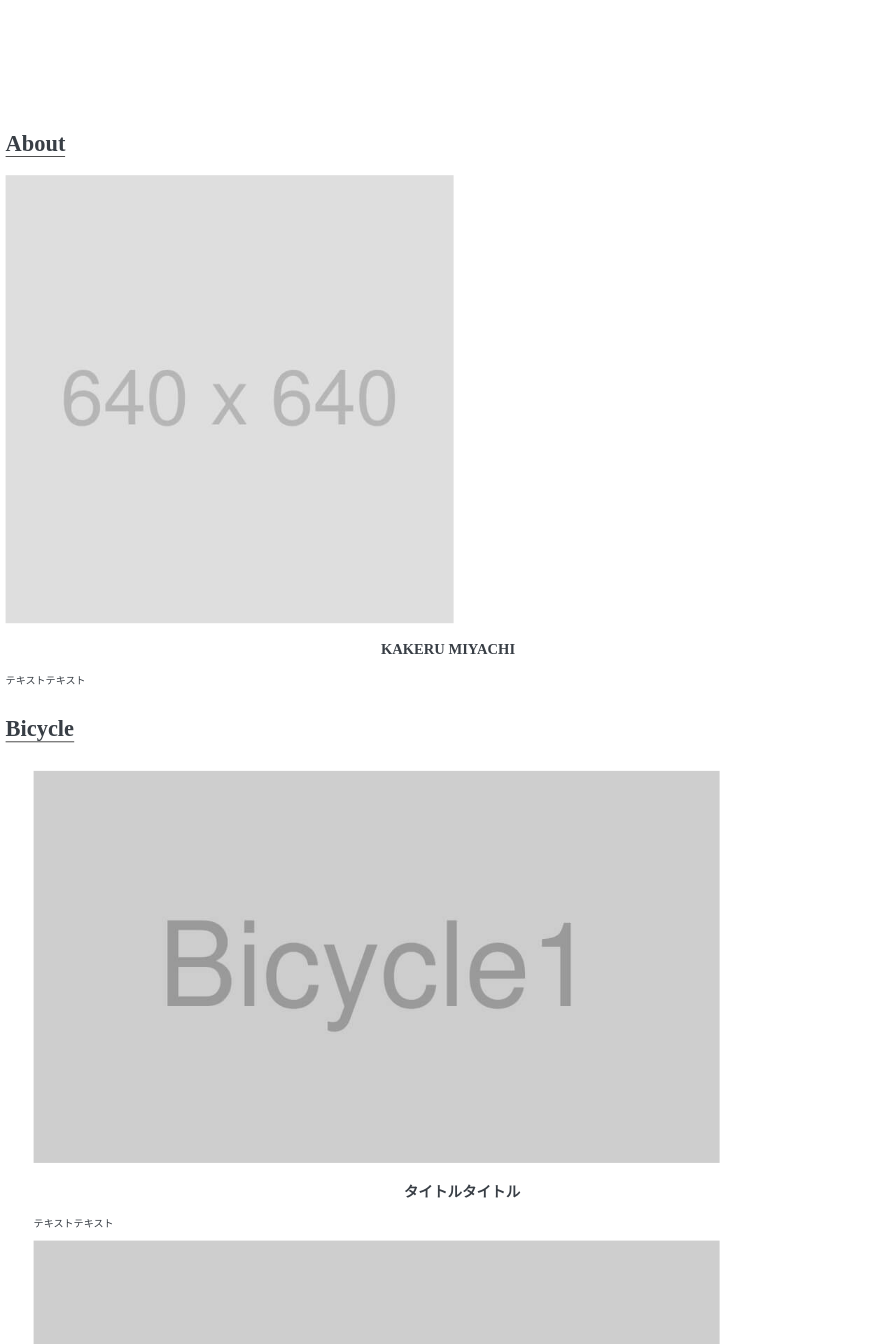
Repository: Fuki-san/bicycle
Page: http://localhost/profile
An editor plug-in stored every save of this project. The page is shown before and after a run of saves, followed by the edit.
The browser window is 1280 px wide. The pictures show the part of the page from y = 956 to 2876 px (the page is 4101 px tall before and 4168 px after), at 70% of full size.
The page is served by the project's Laravel application, run on PHP 8.4 with Laravel 10. Other server files are loaded and not shown.

Above is the page before, as saved 2023-11-18 14:50:23.

### routes/web.php
<?php

use Illuminate\Support\Facades\Route;

/*
|--------------------------------------------------------------------------
| Web Routes
|--------------------------------------------------------------------------
|
| Here is where you can register web routes for your application. These
| routes are loaded by the RouteServiceProvider and all of them will
| be assigned to the "web" middleware group. Make something great!
|
*/

Route::get('profile', function() {
    return view('bicycle');
})->name('profile');

### resources/views/bicycle.blade.php
@extends('layouts.main')

@section('title', 'bicycle')

@section('content')
    <header id="header">
        <h1 id="site-title"><a href="{{ route('profile') }}"><img src="img/logo.svg"></a></h1>
        <nav>
            <ul>
                <li><a href="#about">About</a></li>
                <li><a href="#bicycle">Bicycle</a></li>
            </ul>
        </nav>
    </header>

    <main>
        <div id="mainvisual">
            <img src="img/mainvisual.jpg">
        </div>

        <section id="about" class="wrapper">
            <h2 class="section-title">About</h2>
            <div class="content">
                <img src="img/about.jpg">
                <div class="text">
                    <h3 class="content-title">KAKERU MIYACHI</h3>
                    <p>テキストテキスト</p>
                </div>
            </div>
        </section>

        <section id="bicycle" class="wrapper">
            <h2 class="section-title">Bicycle</h2>
            <ul>
                <li><img src="img/bicycle1.jpg"><h3 class="content-title">タイトルタイトル</h3><p>テキストテキスト</p></li>
                <li><img src="img/bicycle2.jpg"><h3 class="content-title">タイトルタイトル</h3><p>テキストテキスト</p></li>
                <li><img src="img/bicycle3.jpg"><h3 class="content-title">タイトルタイトル</h3><p>テキストテキスト</p></li>
            </ul>
        </section>

    </main>

    <footer id="footer">
        <p>&copy; 2023 Profile</p>
    </footer>

@endsection

### resources/views/layouts/main.blade.php
<!DOCTYPE html>
<html lang="ja">
<head>
    <meta charset="UTF-8">
    <meta name="viewport" content="width=device-width, initial-scale=1.0">
    <meta http-equiv="X-UA-Compatible" content="ie=edge">
    <link rel="stylesheet" href="{{ asset('css/reset.css') }}">
    <link rel="stylesheet" href="{{ asset('css/style.css') }}">
    <link rel="icon" href="img/favicon.ico">
    <title>@yield('title')</title>
</head>
<body>
    @yield('content')
</body>
</html>

### public/css/style.css
@charset "UTF-8";

html{
    font-size: 100%;
}

body{
    font-size: 0.9rem;
    color: #383e45;
}

a{
    text-decoration: none;
}

img{
    max-width: 100%;
}

li{
    list-style: none;
}

.site-title{
    width: 120px;
    padding: 10px 0;
    line-height: 1px;
}

.site-title a{
    display: block;
}

.section-title{
    font-size: 2rem;
    text-align: center;
    border-bottom: solid 1px black;
    display: inline-block;
}


.content-title{
    font-size: 1.3rem;
    text-align: center;

}



#mainvisual{
    width: 600px;
    height: 600px;
    object-fit: cover;
}

### public/img/logo.svg
<?xml version="1.0" encoding="utf-8"?>
<!-- Generator: Adobe Illustrator 15.1.0, SVG Export Plug-In . SVG Version: 6.00 Build 0)  -->
<!DOCTYPE svg PUBLIC "-//W3C//DTD SVG 1.1//EN" "http://www.w3.org/Graphics/SVG/1.1/DTD/svg11.dtd">
<svg version="1.1" id="レイヤー_1" xmlns="http://www.w3.org/2000/svg" xmlns:xlink="http://www.w3.org/1999/xlink" x="0px"
	 y="0px" width="1500px" height="500px" viewBox="0 0 1500 500" enable-background="new 0 0 1500 500" xml:space="preserve">
<g>
	<rect x="0" fill="#393E46" width="1500" height="500"/>
</g>
<g>
	<path fill="#FFFFFF" d="M314.698,365.466h-48.583v-232.55h106.235c45.02,0,72.227,28.825,72.227,74.493
		c0,21.052-11.66,74.169-74.171,74.169h-55.708V365.466z M359.719,241.417c36.275,0,36.275-25.911,36.275-36.275
		c0-22.672-12.632-32.064-42.754-32.064h-38.542v68.34H359.719z"/>
	<path fill="#FFFFFF" d="M478.26,193.158h43.4v29.799h0.646c9.395-17.49,19.758-34.333,47.288-34.333
		c2.915,0,5.83,0.323,8.745,0.647v45.992c-3.887-0.648-8.745-0.648-12.956-0.648c-35.303,0-41.78,22.024-41.78,41.133v89.718H478.26
		V193.158z"/>
	<path fill="#FFFFFF" d="M676.155,370c-46.315,0-88.097-28.501-88.097-90.688c0-62.186,41.781-90.688,88.097-90.688
		c46.316,0,88.097,28.503,88.097,90.688C764.252,341.499,722.472,370,676.155,370z M676.155,226.843
		c-34.979,0-41.457,30.445-41.457,52.47c0,22.023,6.478,52.469,41.457,52.469s41.458-30.445,41.458-52.469
		C717.613,257.288,711.135,226.843,676.155,226.843z"/>
	<path fill="#FFFFFF" d="M848.461,365.466h-45.344V225.547h-24.939v-32.389h24.939v-13.927c0-35.628,19.434-49.231,50.527-49.231
		c13.278,0,19.432,0.323,23.318,0.648v36.599h-12.631c-15.547,0-15.871,4.858-15.871,19.109v6.802h29.474v32.389h-29.474V365.466z"
		/>
	<path fill="#FFFFFF" d="M950.484,172.754H905.14v-42.105h45.345V172.754z M950.484,193.158v172.308H905.14V193.158H950.484z"/>
	<path fill="#FFFFFF" d="M1040.524,365.466h-45.344v-232.55h45.344V365.466z"/>
	<path fill="#FFFFFF" d="M1231.94,314.939c-11.982,41.457-46.314,55.061-75.788,55.061c-48.584,0-85.83-23.319-85.83-94.252
		c0-20.728,7.125-87.124,82.592-87.124c34.008,0,80.971,16.194,80.971,94.898v8.097h-118.219
		c1.296,12.956,3.887,42.105,40.486,42.105c12.631,0,25.586-6.479,29.148-18.785H1231.94z M1187.245,262.146
		c-2.591-27.855-20.404-36.275-34.979-36.275c-21.377,0-32.713,13.604-35.304,36.275H1187.245z"/>
</g>
</svg>

After the next 3 saves:
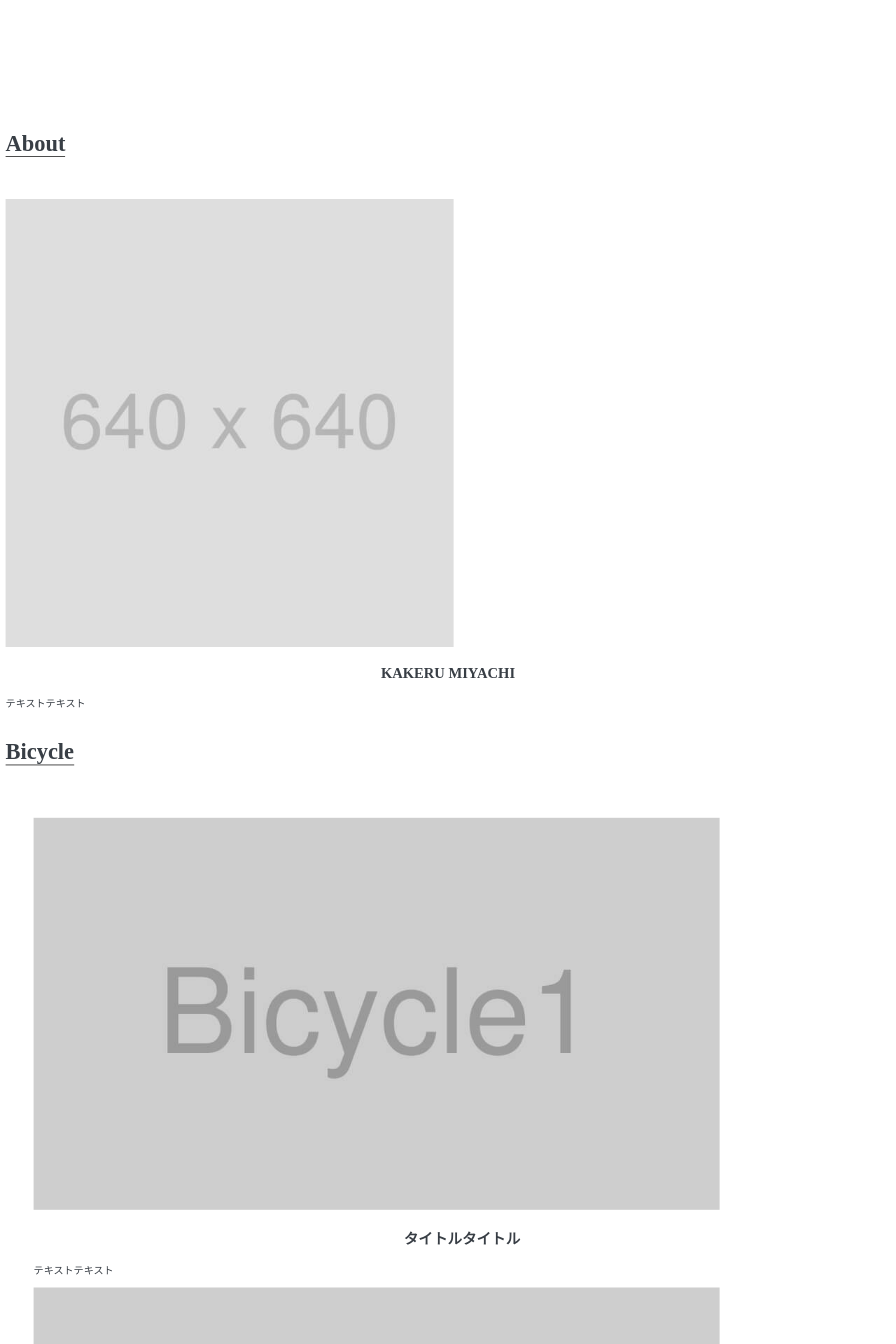
The 3 saves are shown as one change because they came seconds apart.
The last was saved 118 s later.
--- a/public/css/style.css
+++ b/public/css/style.css
@@ -36,6 +36,7 @@ li{
     text-align: center;
     border-bottom: solid 1px black;
     display: inline-block;
+    margin-bottom: 60px;
 }
 
 
